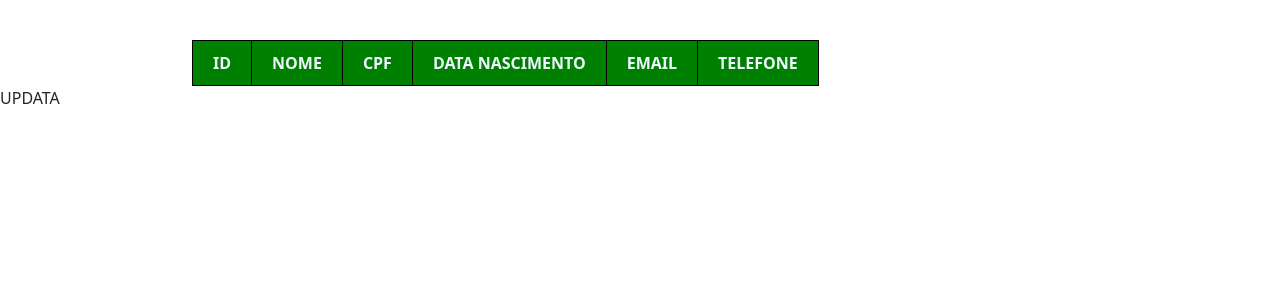
Repository: ujota/crud-cliente
Page: api-clientes/front/html/cliente.html
These files come from the project's save history. The page is drawn as it stood at one moment and after the next save; the edit follows.
The browser window is 1280 px wide. The pictures show the whole page.
The page's requests for data from a server got no answer.

Above is the page before, as saved 2022-10-03 19:21:24.

### api-clientes/front/html/cliente.html
<!DOCTYPE html>
<html lang="en">
<head>
    <meta charset="UTF-8">
    <meta http-equiv="X-UA-Compatible" content="IE=edge">
    <meta name="viewport" content="width=device-width, initial-scale=1.0">
    <title>Cliente</title>
    <link href="https://cdn.jsdelivr.net/npm/bootstrap@5.2.1/dist/css/bootstrap.min.css" rel="stylesheet" integrity="sha384-iYQeCzEYFbKjA/T2uDLTpkwGzCiq6soy8tYaI1GyVh/UjpbCx/TYkiZhlZB6+fzT" crossorigin="anonymous">
    <link rel="stylesheet" href="../css/cliente.css">
</head>
<body>
    <form action="#">
        <div id="body"></div>
		<div id="updata">UPDATA</div>
    </form>
</body>
    <script src="../scripts/cliente.js"></script>
    <script src="https://cdn.jsdelivr.net/npm/bootstrap@5.2.1/dist/js/bootstrap.bundle.min.js" integrity="sha384-u1OknCvxWvY5kfmNBILK2hRnQC3Pr17a+RTT6rIHI7NnikvbZlHgTPOOmMi466C8" crossorigin="anonymous"></script>
</html>

### api-clientes/front/css/cliente.css
table{
    margin-left:15%;
    margin-top: 40px;
    text-align: center;
    border-collapse: collapse;
    border-spacing: 0;
}
th{
    background-color: green;
    color: aliceblue;
}
th, td{
    text-transform: uppercase;
    border: 1px solid black;
    padding: 10px 20px;
}
td{
    background-color: azure;
}

### api-clientes/front/scripts/cliente.js
let table = document.createElement('table');


document.getElementById('body').appendChild(table);


let row_1 = document.createElement('tr');

let heading_1 = document.createElement('th');
heading_1.innerHTML = "ID";
let heading_2 = document.createElement('th');
heading_2.innerHTML = "Nome";
let heading_3 = document.createElement('th');
heading_3.innerHTML = "CPF";
let heading_4 = document.createElement('th');
heading_4.innerHTML = "Data Nascimento";
let heading_5 = document.createElement('th');
heading_5.innerHTML = "Email";
let heading_6 = document.createElement('th');
heading_6.innerHTML = "Telefone";

row_1.appendChild(heading_1);
row_1.appendChild(heading_2);
row_1.appendChild(heading_3);
row_1.appendChild(heading_4);
row_1.appendChild(heading_5);
row_1.appendChild(heading_6);
table.appendChild(row_1);

// let row_2 = document.createElement('tr');
// let row_2_data_1 = document.createElement('td');
// row_2_data_1.innerHTML = "1.";
// let row_2_data_2 = document.createElement('td');
// row_2_data_2.innerHTML = "João Pedro";
// let row_2_data_3 = document.createElement('td');
// row_2_data_3.innerHTML = "1997-01-31";
// let row_2_data_4 = document.createElement('td');
// row_2_data_4.innerHTML = "43495488820";
// let row_2_data_5 = document.createElement('td');
// row_2_data_5.innerHTML = "joao.silveerio@gmail.com";
// let row_2_data_6 = document.createElement('td');
// row_2_data_6.innerHTML = "11972247142";

// row_2.appendChild(row_2_data_1);
// row_2.appendChild(row_2_data_2);
// row_2.appendChild(row_2_data_3);
// row_2.appendChild(row_2_data_4);
// row_2.appendChild(row_2_data_5);
// row_2.appendChild(row_2_data_6);
// table.appendChild(row_2);







var my_headers = new Headers();
my_headers.append("Content-type", "application/json");


var requestOptions = {
	method: 'GET',
	headers: my_headers,
	redirect : 'follow'

};

fetch("http://localhost:8080/cliente",
requestOptions).then(reponse =>
    reponse.json())
	.then(result => {
        result.forEach((item, index, array)=>{
			let row_2 = document.createElement('tr');
			let row_2_data_1 = document.createElement('td');
			row_2_data_1.innerHTML = item["id"];
			let row_2_data_2 = document.createElement('td');
			row_2_data_2.innerHTML = item["nome"];
			let row_2_data_3 = document.createElement('td');
			row_2_data_3.innerHTML = item["cpf"];
			let row_2_data_4 = document.createElement('td');
			row_2_data_4.innerHTML = item["dataNascimento"];
			let row_2_data_5 = document.createElement('td');
			row_2_data_5.innerHTML = item["email"];
			let row_2_data_6 = document.createElement('td');
			row_2_data_6.innerHTML = item["telefone"];




			row_2.appendChild(row_2_data_1);
			row_2.appendChild(row_2_data_2);
			row_2.appendChild(row_2_data_3);
			row_2.appendChild(row_2_data_4);
			row_2.appendChild(row_2_data_5);
			row_2.appendChild(row_2_data_6);
			table.appendChild(row_2);

          })
		})
		.catch(error => alert(error))

After the next save:
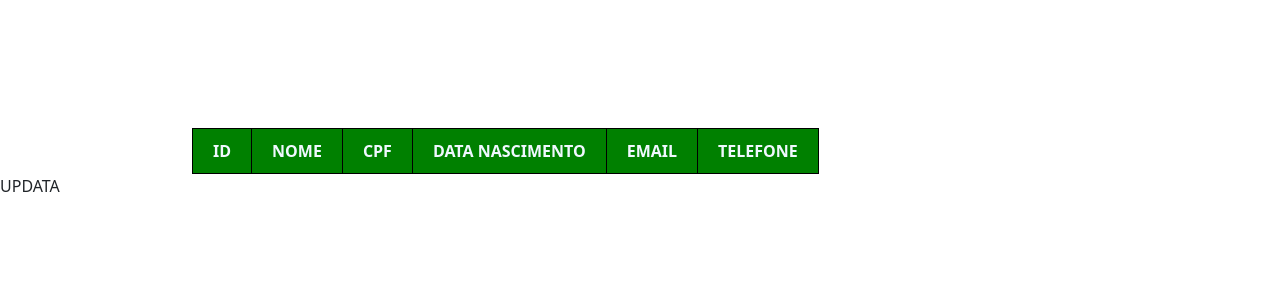
Saved 14 s later.
--- a/api-clientes/front/css/cliente.css
+++ b/api-clientes/front/css/cliente.css
@@ -1,6 +1,6 @@
 table{
     margin-left:15%;
-    margin-top: 40px;
+    margin-top: 10%;
     text-align: center;
     border-collapse: collapse;
     border-spacing: 0;
